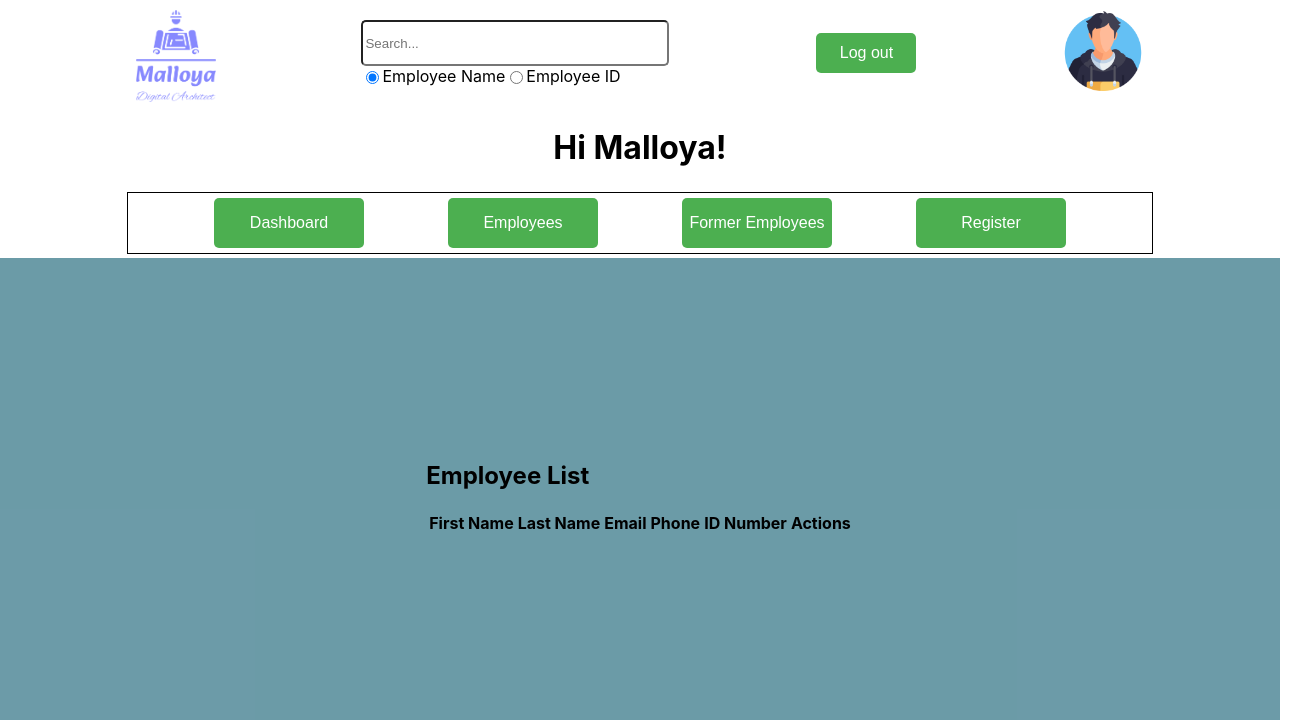
Repository: SbuKhoza/register
Page: /employees
An editor plug-in stored every save of this project. The page is shown before and after the next save, followed by the edit.
The browser window is 1280 px wide. The page is 1280 px wide, then 1290 px, so the pictures cover 1290 px, including what lies to the right of the window. The pictures show the whole page.
The project was rebuilt for these pictures with package versions that can differ from the ones it lists, and the page was loaded fresh each time. Also part of the build but not shown: src/Form.css, src/Form.js, src/Home.js, src/Login.css, src/Login.js, src/FEmployee.css, src/Fempl.js, src/FEmployee.js and 3 more.

Above is the page before, as saved 2024-07-22 14:52:26.

After the next save:
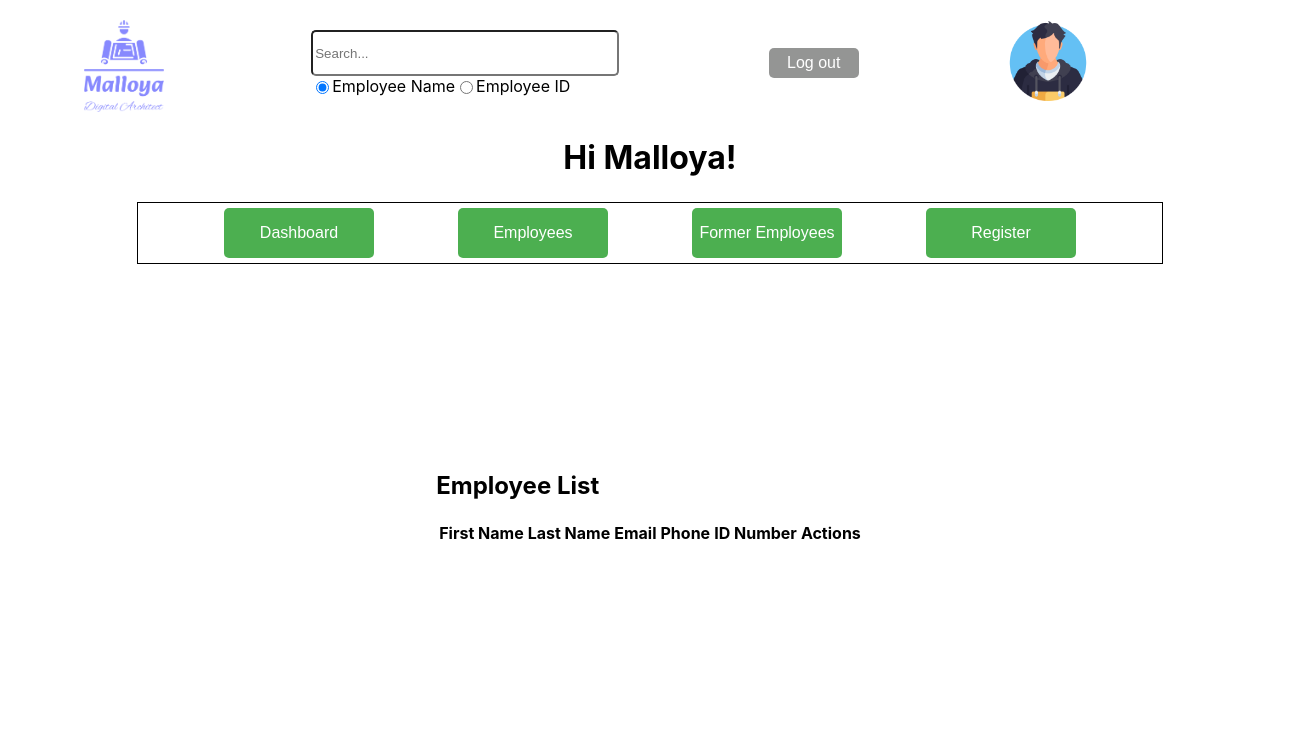
Saved 42 s later.
--- a/src/Home.css
+++ b/src/Home.css
@@ -4,6 +4,7 @@
     display: grid;
     height: 100vh;
     width: 100%;
+    margin: 10px;
     grid-template-columns: 0.5fr 1fr 1fr 0.5fr;
     grid-template-rows: 0.3fr 0.2fr 0.3fr 2fr;
     grid-template-areas: 'nav nav nav nav'
@@ -17,7 +18,7 @@
     grid-area: nav;
     display: flex;
     width: 100%;
-    justify-content: center;
+
     align-items: center;
 }
 
@@ -65,9 +66,9 @@ nav {
 }
 
 .btn {
-    height: 40px;
-    width: 100px;
-    background-color: #4CAF50;
+    height: 30px;
+    width: 90px;
+    background-color: #6a6b6ab6;
     color: white;
     border: none;
     border-radius: 5px;
@@ -122,7 +123,6 @@ nav {
 .main {
     grid-area: body;
     display: flex;
-    background-color: rgba(71, 130, 146, 0.8);
     justify-content: center;
     align-items: center;
 }
